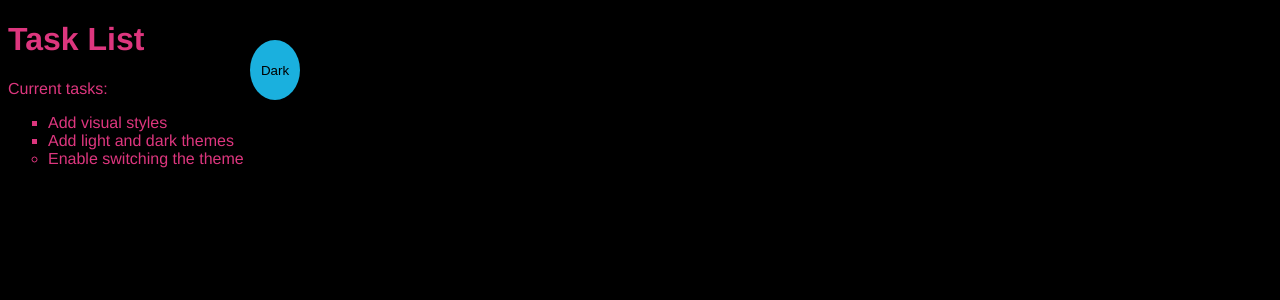
Repository: MaggieMengXingchen/Class-4
Page: index.html
The author's editor kept a copy of each file at every save. The page is drawn from the files as they stood at one save, then again after the next save.
The browser window is 1280 px wide. The pictures show the whole page.

Above is the page before, as saved 2024-02-20 15:14:16.

After the next save:
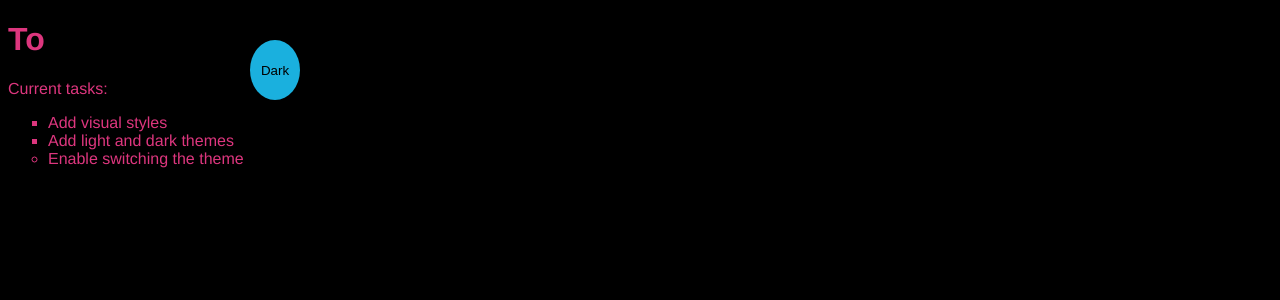
Saved 2 min 0 s later.
--- a/index.html
+++ b/index.html
@@ -8,7 +8,7 @@
         <noscript>You need to enable JavaScript to view the full site.</noscript> <!-- 如果浏览器禁用了JavaScript，显示这段文本 -->
 </head>
 <body class="dark-theme"><!-- 使用class属性应用暗色主题的样式，通过改变class值可以切换主题 -->
-    <h1>Task List</h1> <!-- 页面的主标题 -->
+    <h1>To</h1> <!-- 页面的主标题 -->
     <p id="msg">Current tasks:</p> <!-- 段落标签，定义了一个文本区域 -->
     <ul> <!-- 定义一个无序列表 -->
         <li class="list">Add visual styles</li> <!-- 列表项，应用了class="list"的样式，显示为方形项目符号 -->
